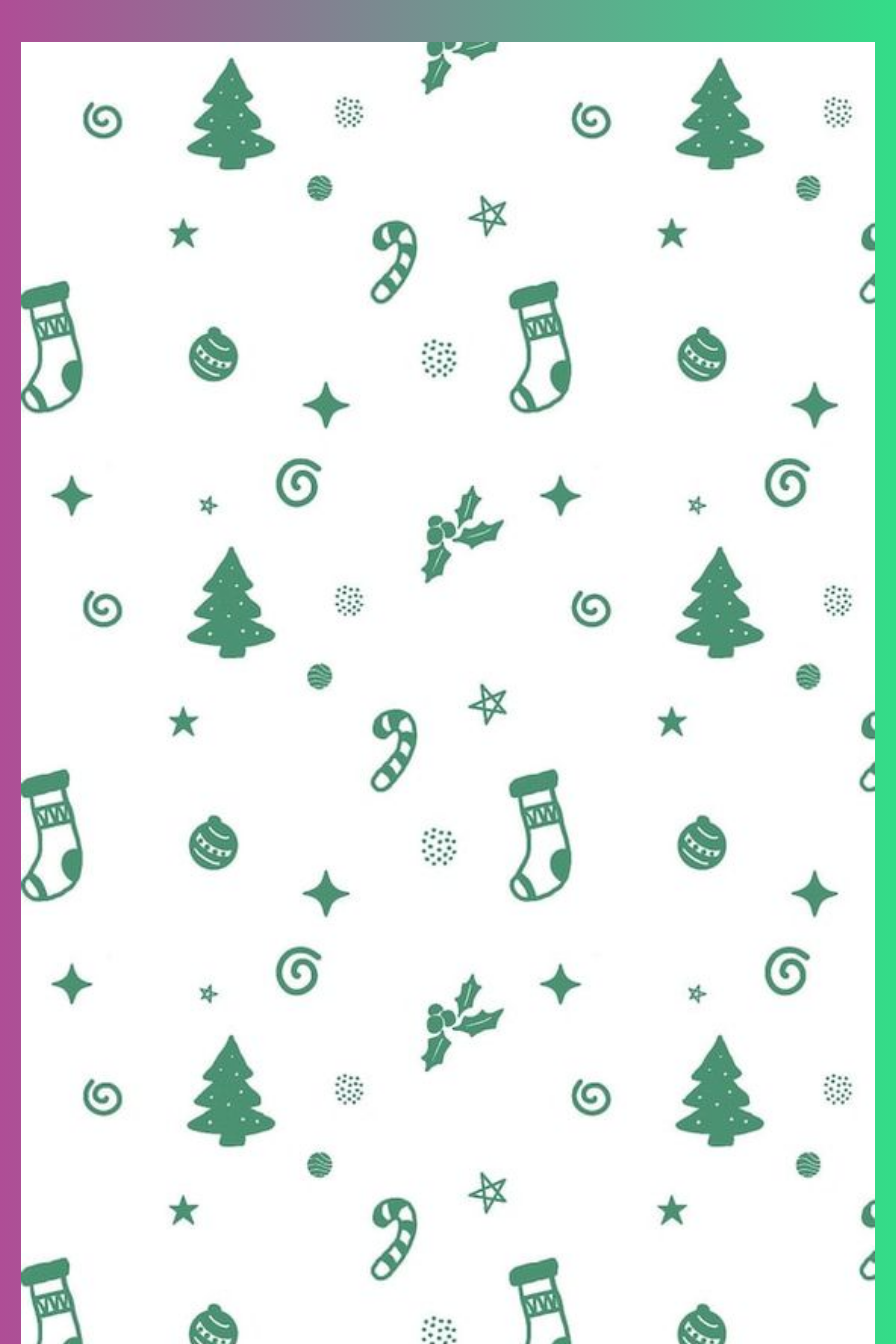
Repository: lausamtuong/profileCard
Page: index.html
These files come from the project's save history. The page is drawn as it stood at one moment and after the next save; the edit follows.
The browser window is 1280 px wide. The pictures show the part of the page from y = 0 to 1920 px (the page is 3741 px tall before and 3766 px after), at 70% of full size.
The style sheet was rebuilt from its Sass, Less or Tailwind sources for each picture, by a compiler version that may differ from the author's.

Above is the page before, as saved 2021-12-14 18:16:27.

After the next save:
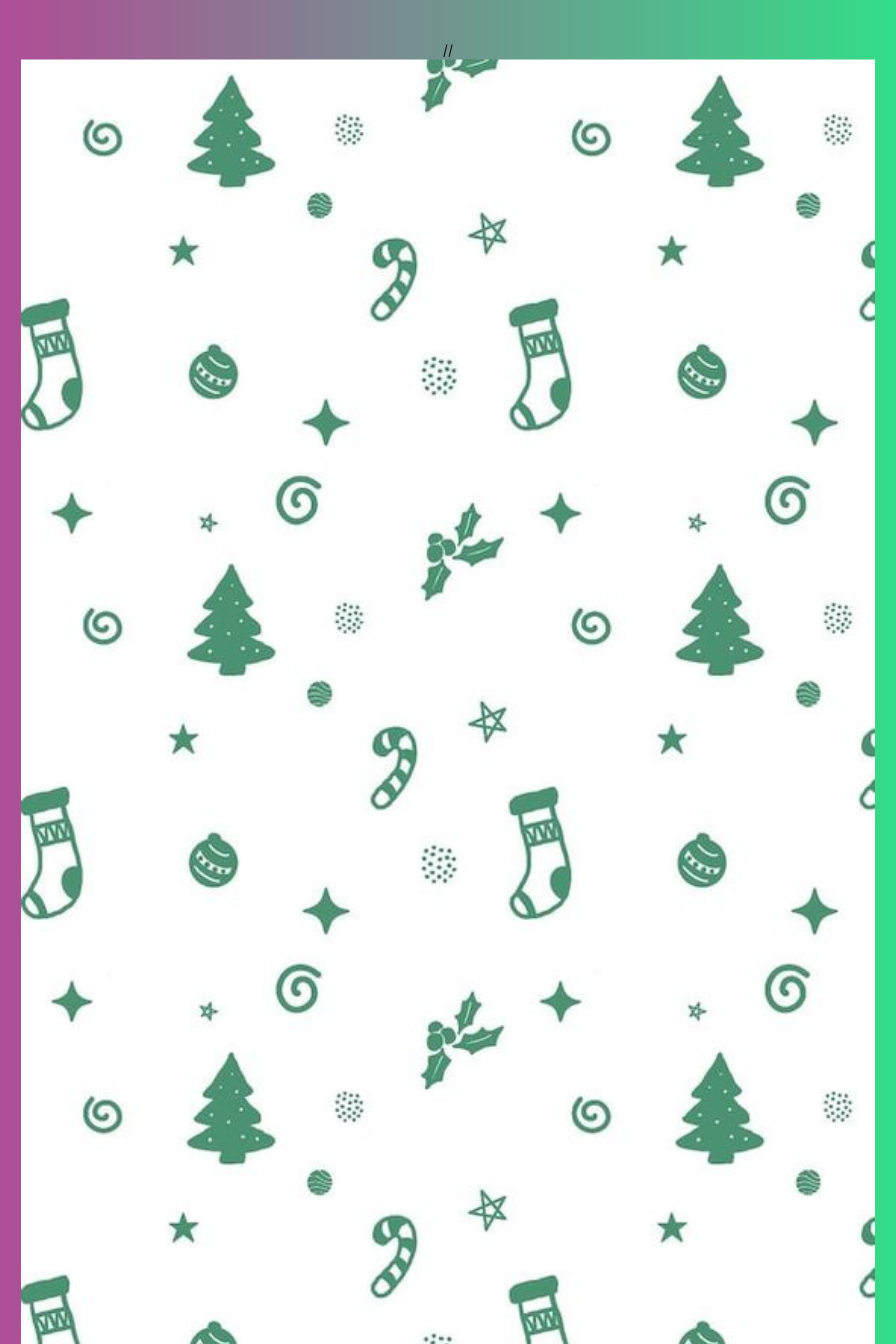
Saved 4 s later.
--- a/index.html
+++ b/index.html
@@ -12,7 +12,7 @@
 </head>
 <body>
     <div class="card__list">
-        <img src="snow.jpg" alt="" class="card__bg">
+        //<img src="snow.jpg" alt="" class="card__bg">
         <div class="card__item">
 
             <div class="card__image">

After the 3 saves that followed:
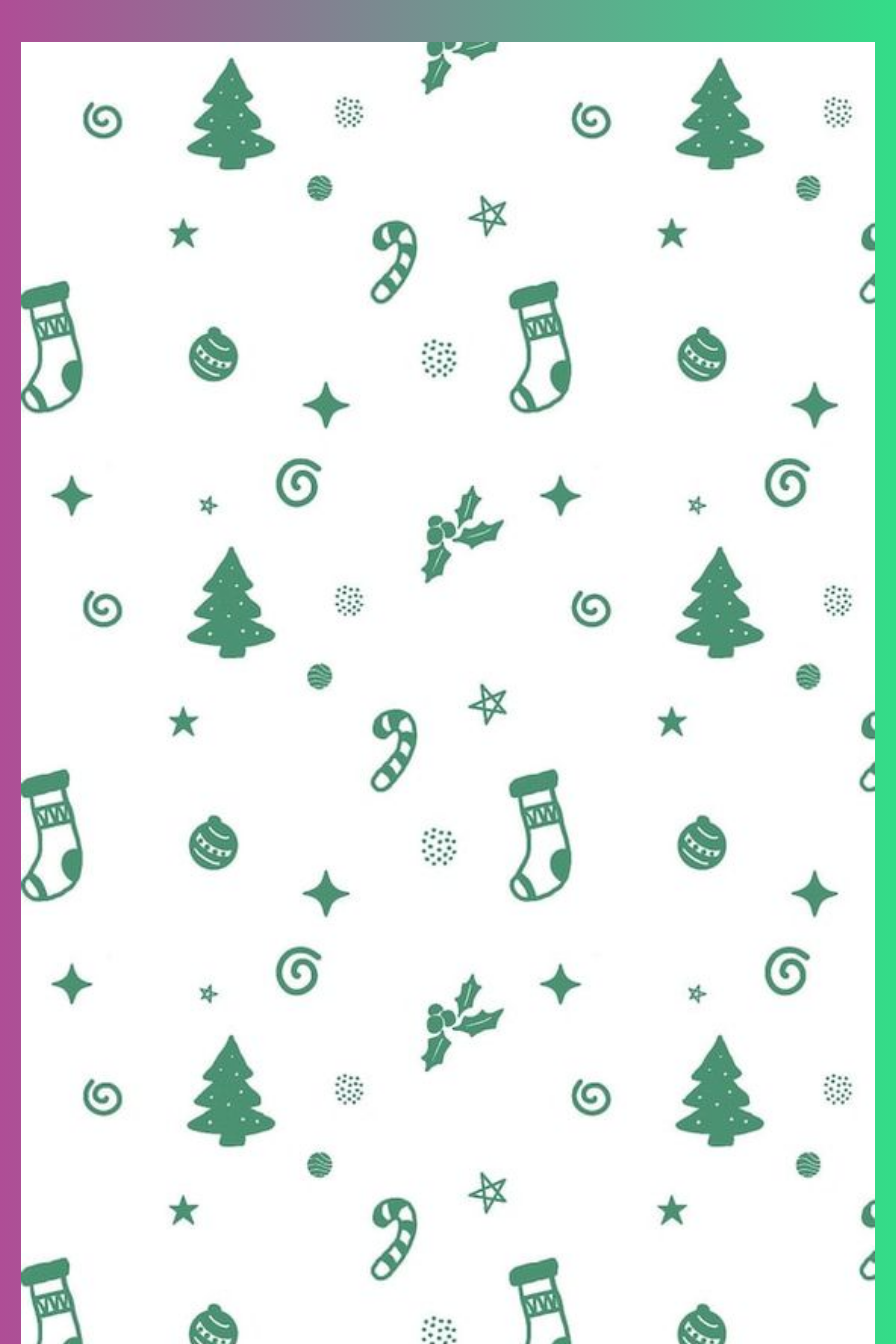
The 3 saves are shown as one change because they came seconds apart.
The last was saved 10 s later.
--- a/index.html
+++ b/index.html
@@ -12,7 +12,7 @@
 </head>
 <body>
     <div class="card__list">
-        //<img src="snow.jpg" alt="" class="card__bg">
+        <img src="snow.jpg" alt="" class="card__bg">
         <div class="card__item">
 
             <div class="card__image">
